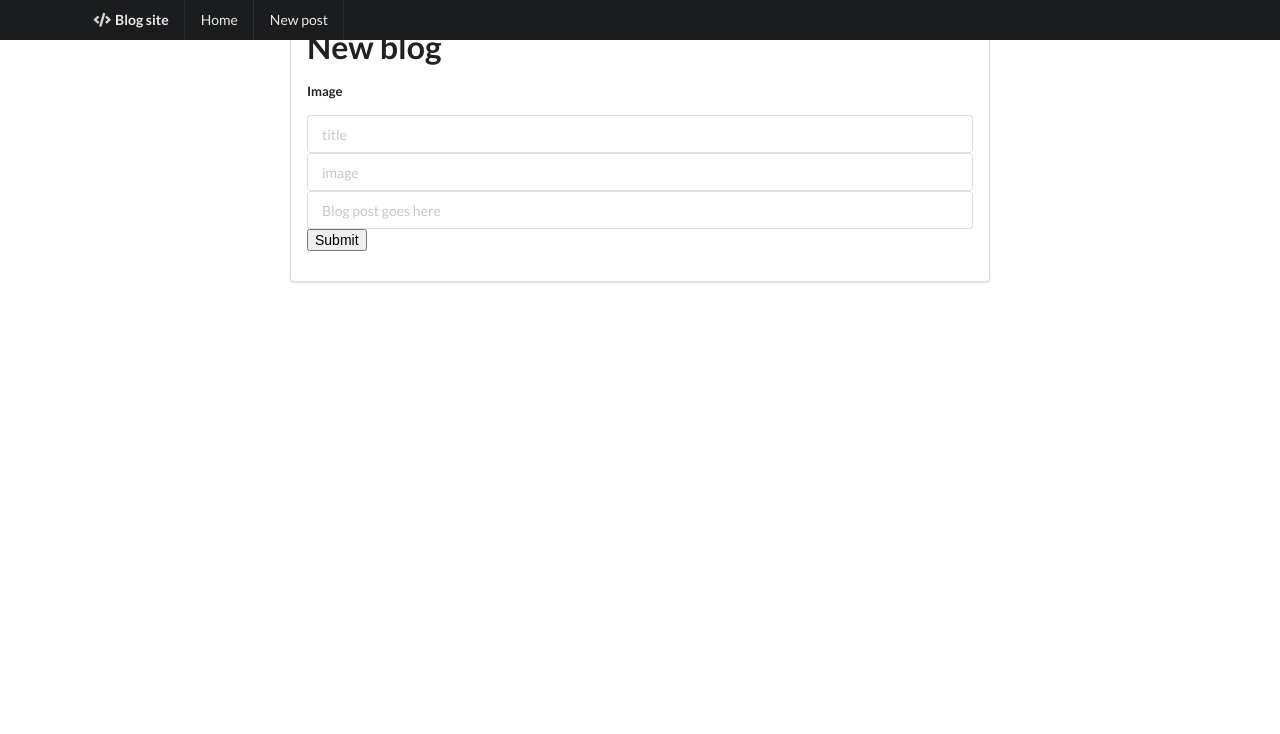
Repository: DevIvanVarela/the-web-developer-bootcamp
Page: http://localhost/blogs/new
The author's editor kept a record of every edit. The page is drawn from the files as they stood at one moment, then again after the next edit.
The browser window is 1280 px wide. The pictures show the whole page.
The page is served by the project's Node server (RESTfulRouting/RESTfulBlogApp/app.js).

Above is the page before.

### workspace/RESTfulRouting/RESTfulBlogApp/views/new.ejs
<% include ./partials/header %>
<div class="ui main text container segment">
    <div class="ui huge header">New blog</div>
    <form class="ui form" action="/blogs" method="POST">
        <div class="field">
            <label>Image</label>
        </div>
        <input type="text" name="blog[title]" placeholder="title">
        <input type="text" name="blog[image]" placeholder="image">
        <input type="text" name="blog[body]" placeholder="Blog post goes here">
        <input type="submit">
    </form>
</div>
<% include ./partials/footer %>

### workspace/RESTfulRouting/RESTfulBlogApp/views/partials/header.ejs
<html>
    <head>
        <title>Blog app</title>
        <link rel="stylesheet" type="text/css" href="https://cdnjs.cloudflare.com/ajax/libs/semantic-ui/2.4.1/semantic.min.css">
        <link rel="stylesheet" type="text/css" src="/../public/stylesheets/app.css">
    </head>
    <body>
        <div class="ui fixed inverted menu">
            <div class="ui container">
                <div class="header item"><i class="code icon"></i>Blog site</div>
                <a href="/" class="item">Home</a>
                <a href="/blogs/new" class="item">New post</a>
            </div>
        </div>

### workspace/RESTfulRouting/RESTfulBlogApp/app.js
var express = require("express"),
    methodOverride = require("method-override"),
    app = express(),
    bodyParser = require("body-parser"),
    mongoose = require("mongoose");

mongoose.connect("mongodb://localhost/restful_blog_app", { useNewUrlParser: true });

app.use(bodyParser.urlencoded({extended: true}));
app.set("view engine", "ejs");
app.use(methodOverride("_method"));

var blogSchema = new mongoose.Schema({
   title: String,
   image: String,
   body: String,
   create: { type: Date, default: Date.now }
});
var Blog = mongoose.model("Blog", blogSchema);

app.get("/", function(req, res) {
    res.redirect("/blogs");
});

app.get("/blogs", function(req, res) {
    Blog.find({}, function(err, blogs){
        if(err) {
            console.log("ERROR!");
        } else {
            res.render("index", { blogs: blogs });
        }
    });
});

app.get("/blogs/new", function(req, res) {
    res.render("new");
});

app.post("/blogs", function(req, res) {
    Blog.create(req.body.blog, function(err, newBlog){
        if(err) {
            res.render("new");
        } else {
           res.redirect("/blogs");
        }
    });
});

app.get("/blogs/:id", function(req, res) {
    Blog.findById(req.params.id, function(err, blog) {
        if(err){
            res.redirect("/blogs");
            console.log(err);
        } else {
            res.render("show", {blog: blog});
        }
    });
});

app.get("/blogs/:id/edit", function(req, res){
    Blog.findById(req.params.id, function(err, blog){
        if(err){
            res.redirect("/blogs");
        } else {
            res.render("edit", {blog: blog});
        }
    })

});

app.put("/blogs/:id", function(req, res){
    Blog.findByIdAndUpdate(req.params.id, req.body.blog, function(err, blog){
       if(err) {
           res.redirect("/blogs");
       } else {
           res.redirect("/blogs/" + req.params.id);
       }
    });
});

app.delete("/blogs/:id", function(req, res){
    Blog.findByIdAndRemove(req.params.id, function(err){
       if(err) {
           console.log(err);
       }

       res.redirect("/blogs");
    });
});

app.listen(process.env.PORT, process.env.IP, function() {
   console.log("The RESTfulBlogApp is running.");
});

Loaded but not shown: workspace/RESTfulRouting/RESTfulBlogApp/views/partials/footer.ejs (common file)

After the next edit:
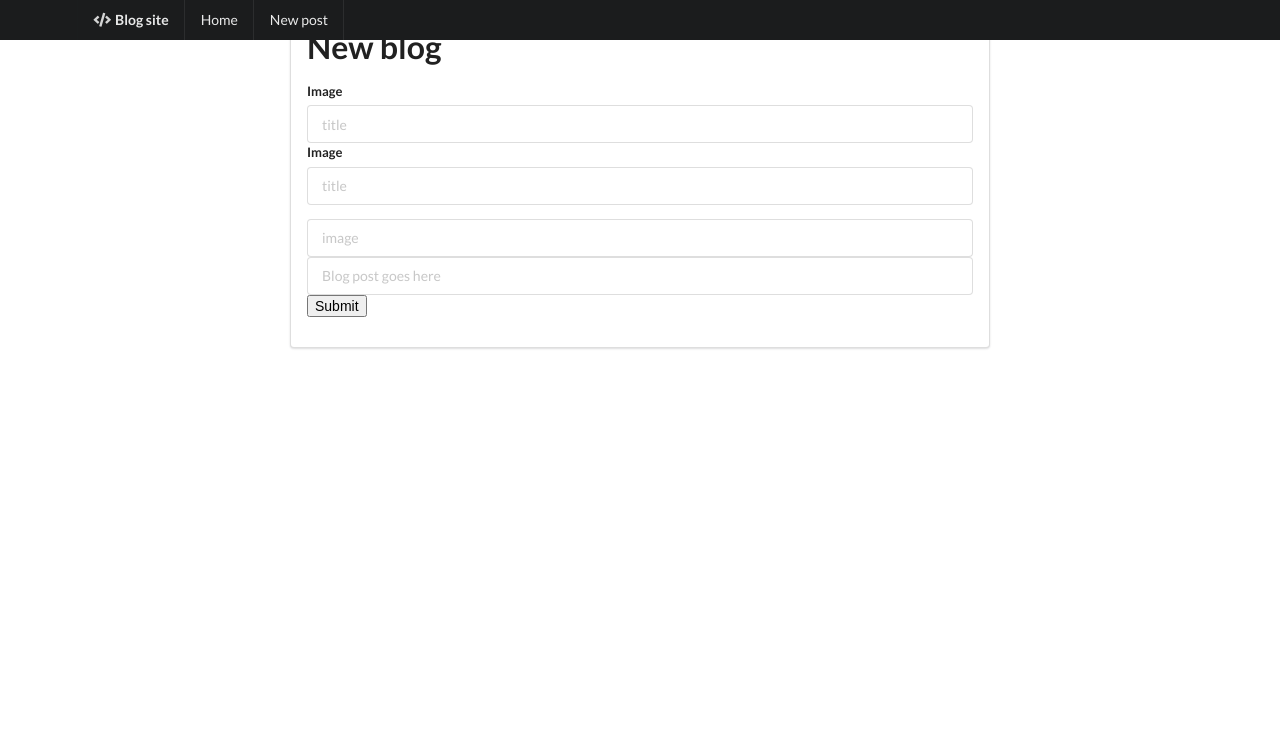
The edit:
--- a/workspace/RESTfulRouting/RESTfulBlogApp/views/new.ejs
+++ b/workspace/RESTfulRouting/RESTfulBlogApp/views/new.ejs
@@ -4,8 +4,11 @@
     <form class="ui form" action="/blogs" method="POST">
         <div class="field">
             <label>Image</label>
+            <input type="text" name="blog[title]" placeholder="title">
+            <label>Image</label>
+            <input type="text" name="blog[title]" placeholder="title">
         </div>
-        <input type="text" name="blog[title]" placeholder="title">
+
         <input type="text" name="blog[image]" placeholder="image">
         <input type="text" name="blog[body]" placeholder="Blog post goes here">
         <input type="submit">
